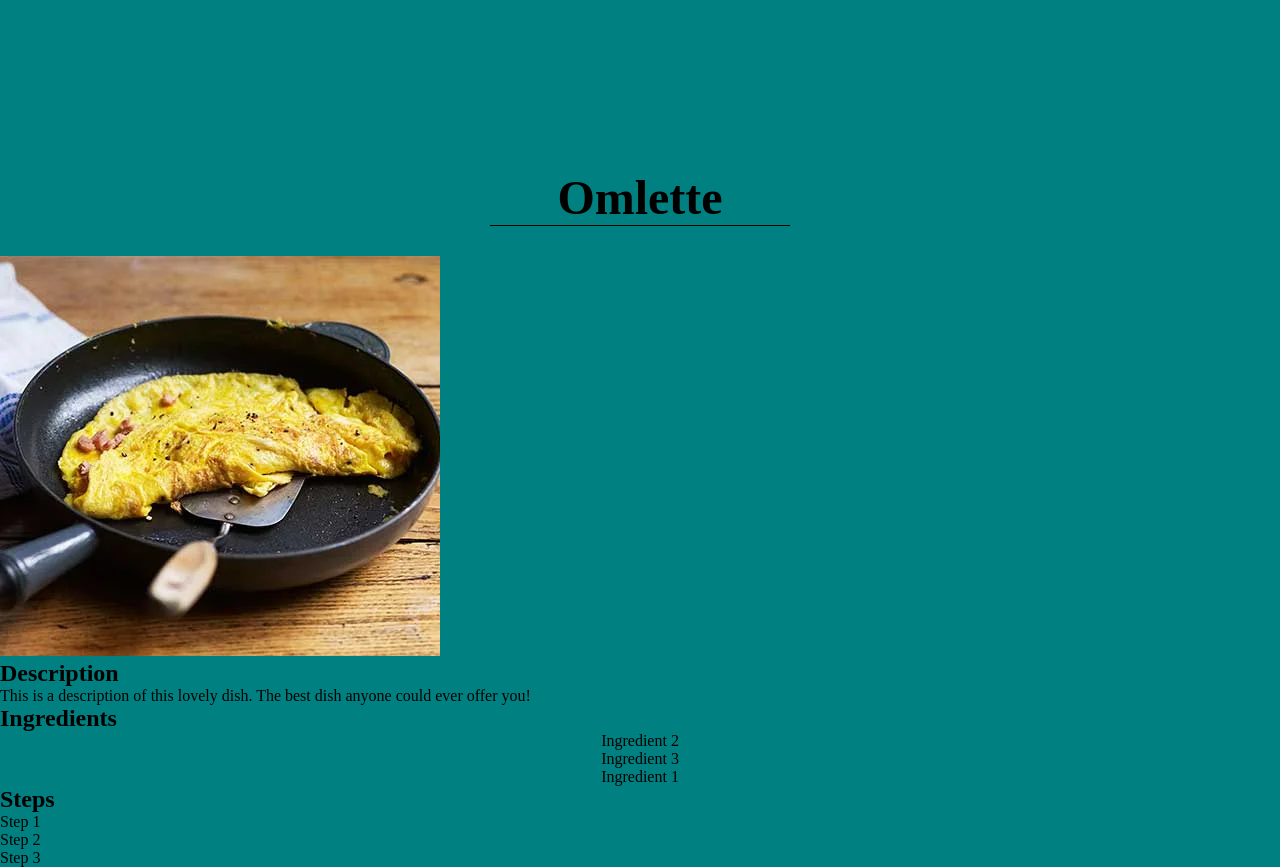
Repository: Pafestivo/odin-recipes
Page: recipes/omlette.html
The author's editor kept a copy of each file at every save. The page is drawn from the files as they stood at one save, then again after the next save.
The browser window is 1280 px wide. The pictures show the whole page.

Above is the page before, as saved 2022-09-24 12:46:05.

### recipes/omlette.html
<!DOCTYPE html>
<html lang="en">
<head>
    <meta charset="UTF-8">
    <meta name="viewport" content="width=device-width, initial-scale=1.0">
    <link rel="stylesheet" href="../css/recipe-styles.css">
    <title>Recipe-Omlette</title>
</head>
<body>
    <h1>Omlette</h1>
    <img
    src="../images/omlette.jpg"
    alt="An image of Omlette"
    />
    <h2>Description</h2>
    <p>This is a description of this lovely dish. The best dish anyone could ever offer you!</p>

    <h2>Ingredients</h2>
    <ul>
    <li>Ingredient 2</li>
    <li>Ingredient 3</li>
    <li>Ingredient 1</li>
    </ul>

    <h2>Steps</h2>
    <ol>
    <li>Step 1</li>
    <li>Step 2</li>
    <li>Step 3</li>
    </ol>
</body>
</html>

### css/recipe-styles.css
* {
  box-sizing: border-box;
  padding: 0;
  margin: 0;
}

body {
  font-family: serif;
  background-color: #008080;
  padding: 1;
}

.container {
  background-color: #209B87;
  display: flex;
  width: 70vw;
  height: 100vh;
  padding: 1px;
  margin: 0 auto;
}

.inner {
  background-color: #80CF7F;
  width: 45vw;
  height: 80vh;
  margin: auto;
}

h1 {
  text-align: center;
  font-size: 3rem;
  margin: 170px auto 30px auto;
  border-bottom: 1px solid black;
  width: 300px;
}

ul {
  list-style: none;
  display: flex;
  align-items: center;
  justify-content: center;
  flex-direction: column;
}

a {
  display: flex;
  justify-content: center;
  align-items: center;
  margin: 30px 0;
  width: 350px;
  font-size: 1.5em;
  height: 45px;
  border-radius: 20px;
  text-decoration: none;
  color: inherit;
  background-color: #F9F871;
  transition: all 0.1s ease-in;
}

a:hover {
  transform: scale(1.1);
}

After the next save:
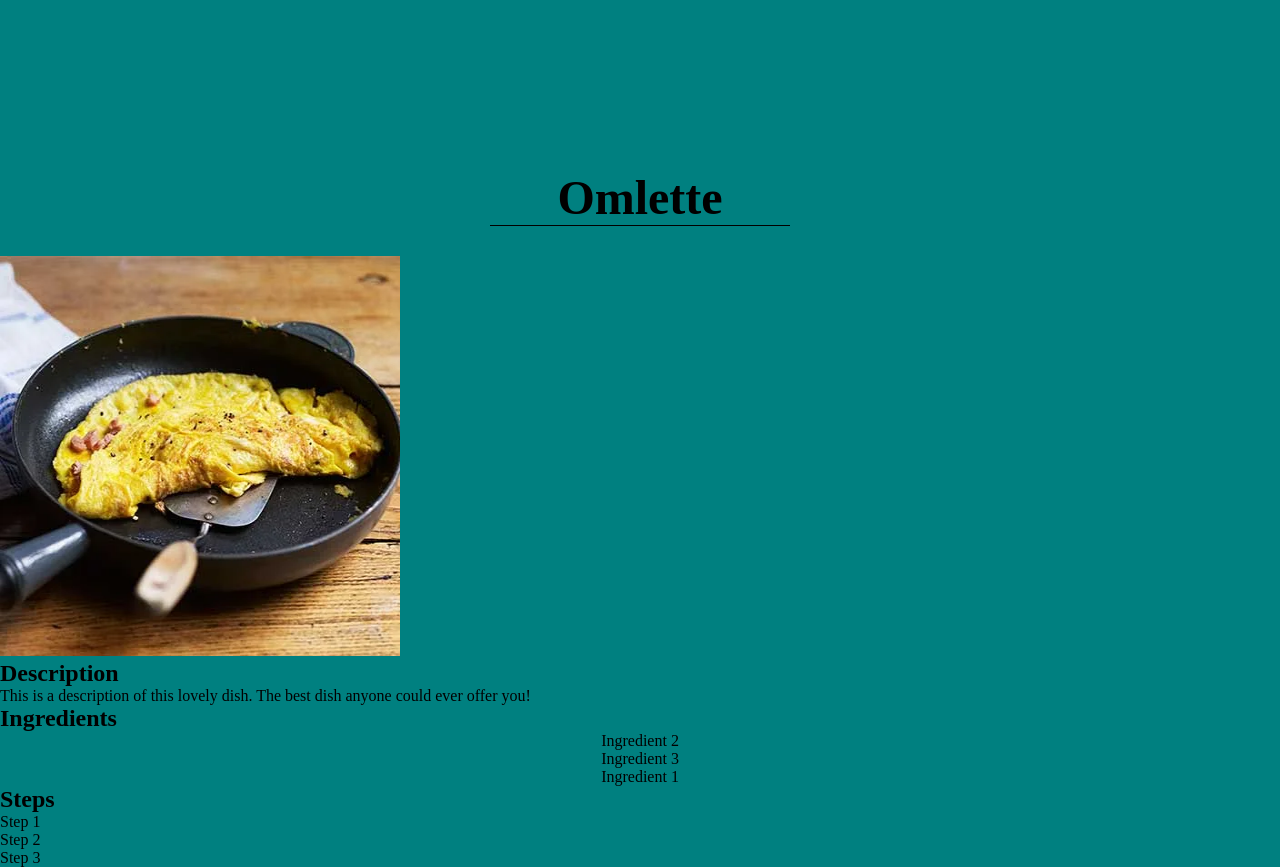
Saved 17 s later.
--- a/css/recipe-styles.css
+++ b/css/recipe-styles.css
@@ -34,6 +34,11 @@ h1 {
   width: 300px;
 }
 
+img {
+  width: 400px;
+  height: 400px;
+}
+
 ul {
   list-style: none;
   display: flex;
